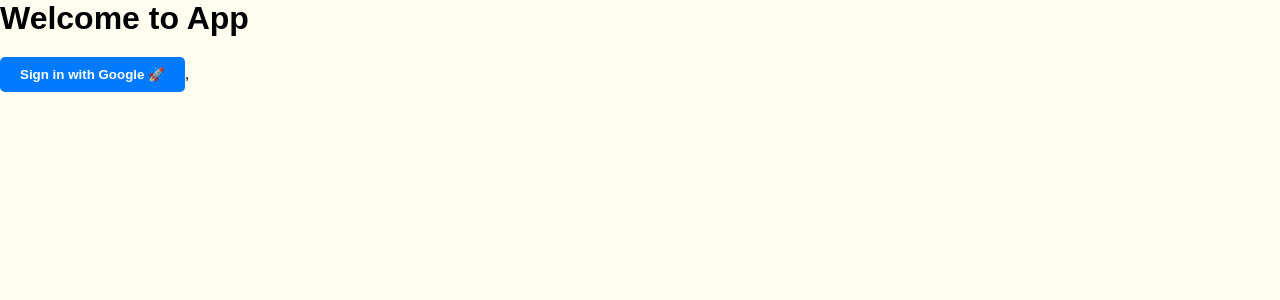
Repository: Muskan1Kumari4draw/React-app-with-concept
Page: /
The author's editor kept a copy of each file at every save. The page is drawn from the files as they stood at one save, then again after the next save.
The browser window is 1280 px wide. The pictures show the whole page.
The project was rebuilt for these pictures with package versions that can differ from the ones it lists, and the page was loaded fresh each time. Also part of the build but not shown: src/component/Basic/Monument.js, src/component/Basic/Navbar.js, src/component/Basic/Restaurant.js.

Above is the page before, as saved 2024-10-25 19:38:56.

### src/index.js
import React from "react";
import ReactDOM from "react-dom/client";

import App from "./App";
import reportWebVitals from "./reportWebVitals";
import { GoogleOAuthProvider } from "@react-oauth/google";

const root = ReactDOM.createRoot(document.getElementById("root"));
root.render(
  <GoogleOAuthProvider clientId="840342586584-t3vt39gj354m8t9hleacgnat61mf37de.apps.googleusercontent.com">
    <React.StrictMode>
      <App />
    </React.StrictMode>
    ,
  </GoogleOAuthProvider>
);

// If you want to start measuring performance in your app, pass a function
// to log results (for example: reportWebVitals(console.log))
// or send to an analytics endpoint. Learn more: https://bit.ly/CRA-vitals
reportWebVitals();

### src/App.js
import React, { useState, useEffect } from "react";
import { GoogleLogin, googleLogout, useGoogleLogin } from "@react-oauth/google";
import axios from "axios";
import Restaurant from "./component/Basic/Restaurant";

const App = () => {
  const [user, setUser] = useState(null);
  const [profile, setProfile] = useState(null);

  const login = useGoogleLogin({
    onSuccess: (codeResponse) => setUser(codeResponse),
    onError: (error) => console.log("Login Failed:", error),
  });

  useEffect(() => {
    if (user) {
      axios
        .get(
          `https://www.googleapis.com/oauth2/v1/userinfo?access_token=${user.access_token}`,
          {
            headers: {
              Authorization: `Bearer ${user.access_token}`,
              Accept: "application/json",
            },
          }
        )
        .then((res) => setProfile(res.data))
        .catch((err) => console.log(err));
    }
  }, [user]);

  const logOut = () => {
    googleLogout();
    setProfile(null);
    setUser(null);
  };

  return (
    <>
      <h1 className="app-h1">Welcome to App</h1>
      {profile ? (
        <>
          <Restaurant />
          <button onClick={logOut}>Log out</button>
        </>
      ) : (
        <button className="btn-signin" onClick={() => login()}>
          Sign in with Google 🚀
        </button>
      )}
    </>
  );
};

export default App;

### src/component/Basic/style.css
* {
  margin: 0;
  padding: 0;
  box-sizing: border-box;
}

body {
  /* background: rgb(255, 255, 241); */
  font-family: Arial, sans-serif;
}

/* Navbar Styling */
.navbar {
  margin: auto;
  /* background: #fff; */
  height: 50px;
  box-shadow: 0 4px 8px 0 rgba(0, 0, 0, 0.2);
  display: flex;
  justify-content: center;
  align-items: center;
}

.menu-nav {
  display: flex;
  justify-content: center;
}
.menu-nav button:hover {
  border: 2px solid rgba(0, 0, 0, 0.2);
}
.container .city {
  color: rgb(49, 22, 22);
  font-size: 18px;
}
.navbar button {
  color: #333;
  border: none;
  background: white;
  text-align: center;
  padding: 14px 16px;
  text-decoration: none;
  font-size: 17px;
  margin: auto;
}

/* Card Styling */
.card {
  box-shadow: 0 4px 8px 0 rgba(0, 0, 0, 0.2);
  transition: 0.3s;
  width: 400px;
  height: 400px;
  margin: 20px;
}

.card:hover {
  box-shadow: 0 8px 16px 0 rgba(0, 0, 0, 0.2);
}

.container {
  padding: 16px;
}

.container img {
  width: 100%;
  height: auto;
  display: block;
}

.section-div {
  display: flex;
  flex-wrap: wrap;
  justify-content: center;
  background: rgb(255, 255, 241);
  align-items: center;
}

/* Responsive Media Queries */
@media screen and (max-width: 768px) {
  /* Stack the navbar links vertically on small screens */
  .navbar {
    flex-direction: column;
    height: auto;
  }

  .menu-nav {
    flex-direction: column;
  }

  .navbar button {
    padding: 10px;

    font-size: 15px;
    margin: 5px 0;
  }
  .menu-nav {
    display: flex;
    gap: 2;
  }
  .menu-nav button {
    background-color: yellow;
    color: #333;
    border: none;
    margin: 5px;
  }
  /* Adjust card layout on small screens */
  .card {
    width: 90%;
    margin: 10px;
  }

  /* Adjust font size and padding */
  .container {
    padding: 10px;
  }
}

@media screen and (max-width: 480px) {
  /* Further adjustments for very small screens */
  .navbar a {
    font-size: 14px;
    padding: 8px;
  }

  .card {
    width: 100%;
    margin: 10px;
  }

  .container h4 {
    font-size: 18px;
  }

  .container p {
    font-size: 14px;
  }
}
* {
  margin: 0;
  padding: 0;
  box-sizing: border-box;
}

body {
  background: rgb(255, 255, 241);
  font-family: Arial, sans-serif;
}

/* Navbar Styling */
.navbar {
  margin: auto;
  background: #fff;
  height: 50px;
  box-shadow: 0 4px 8px 0 rgba(0, 0, 0, 0.2);
  display: flex;
  justify-content: center;
  align-items: center;
}

.menu-nav {
  display: flex;
  justify-content: center;
}

.navbar a {
  color: #333;
  text-align: center;
  padding: 14px 16px;
  text-decoration: none;
  font-size: 17px;
  margin: auto;
}

/* Card Styling */
.card {
  box-shadow: 0 4px 8px 0 rgba(0, 0, 0, 0.2);
  transition: 0.3s;
  width: 350px;
  height: auto;
  margin: 20px;
}

.card:hover {
  box-shadow: 0 8px 16px 0 rgba(0, 0, 0, 0.2);
}

.container {
  padding: 16px;
}

.container img {
  margin: auto;
  width: 250px;
  margin-top: 30px;
  height: 200px;
  display: block;
}

.section-div {
  display: flex;
  flex-wrap: wrap;
  justify-content: center;
  align-items: center;
}

/* Responsive Media Queries */
@media screen and (max-width: 768px) {
  /* Stack the navbar links vertically on small screens */
  .navbar {
    flex-direction: column;
    height: auto;
  }

  .menu-nav {
    flex-direction: column;
  }

  .navbar a {
    padding: 10px;
    font-size: 15px;
    margin: 5px 0;
  }

  /* Adjust card layout on small screens */
  .card {
    width: 90%;
    margin: 10px;
  }

  /* Adjust font size and padding */
  .container {
    padding: 10px;
  }
}

@media screen and (max-width: 480px) {
  /* Further adjustments for very small screens */
  .navbar a {
    font-size: 14px;
    padding: 8px;
  }

  .card {
    width: 100%;
    margin: 10px;
  }

  .container h4 {
    font-size: 18px;
  }

  .container p {
    font-size: 14px;
  }
}
/* hooke */
.btn {
  background-color: #333;
  color: #fff;
  border: #333;
  padding: 10px 20px;
  margin: 20px;
}
.container {
  align-items: center;
  text-align: center;
  justify-content: center;
}
.code {
  margin: auto;
}
.btn-signin {
  margin-top: 20px;
  padding: 10px 20px;
  border: none;
  border-radius: 5px;
  background-color: #007bff;
  color: white;
  font-weight: bold;
  cursor: pointer;
  transition: background-color 0.3s ease;
}

Loaded but not shown: public/index.html (common file); src/reportWebVitals.js (common file)

After the next save:
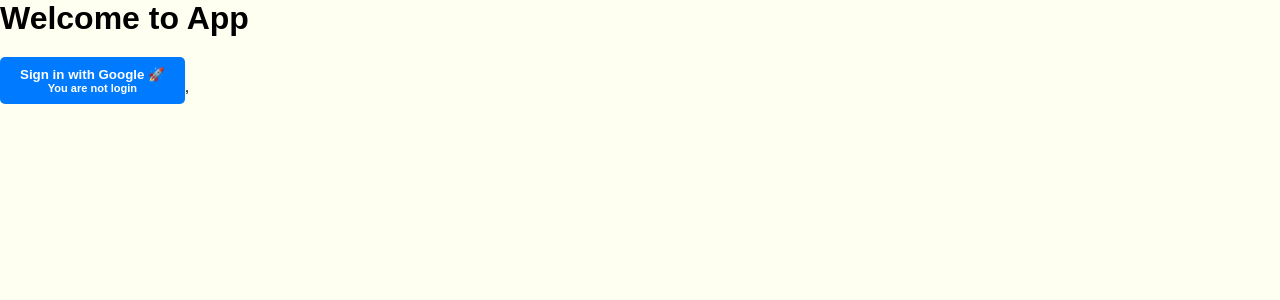
Saved 35 s later.
--- a/src/App.js
+++ b/src/App.js
@@ -46,6 +46,7 @@ const App = () => {
       ) : (
         <button className="btn-signin" onClick={() => login()}>
           Sign in with Google 🚀
+          <h5>You are not login</h5>
         </button>
       )}
     </>
